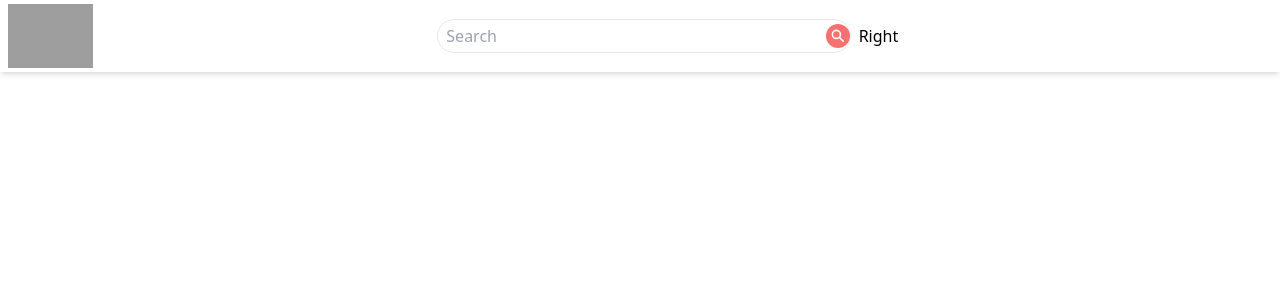
Repository: BroDudeeee/Airbnb-Clone
Page: /
The author's editor kept a copy of each file at every save. The page is drawn from the files as they stood at one save, then again after the next save.
The browser window is 1280 px wide. The pictures show the whole page.
Pictures or frames that could not be fetched are drawn as grey boxes. The project was rebuilt for these pictures with package versions that can differ from the ones it lists, and the page was loaded fresh each time. The framework's server and built-in components were replaced by stand-ins that run in the browser. Also part of the build but not shown: next.config.js.

Above is the page before, as saved 2022-06-20 19:44:37.

After the next save:
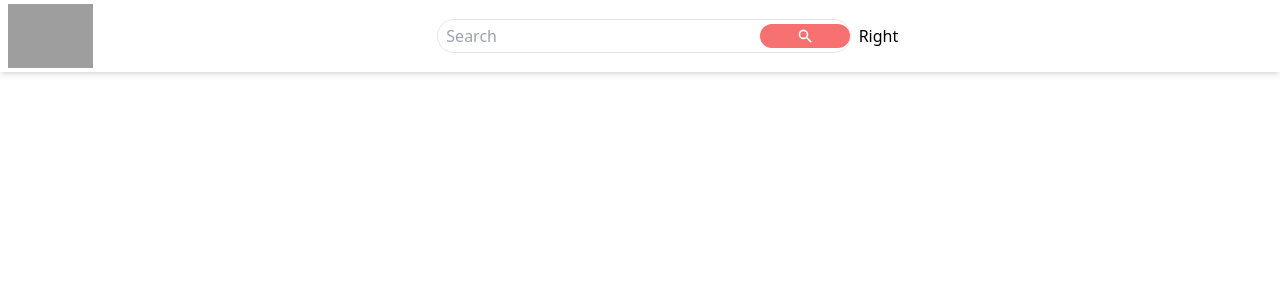
Saved 17 s later.
--- a/components/Header.js
+++ b/components/Header.js
@@ -22,7 +22,7 @@
           className='flex-grow outline-none bg-transparent px-2'
         />
         <SearchIcon
-          className='h-6 bg-red-400 text-white p-1 rounded-full hidden md:inline-flex'
+          className='h-6 bg-red-400 text-white p-1 rounded-full hidden md:inline-flex flex-grow'
         />
       </div>
 

After the save that followed:
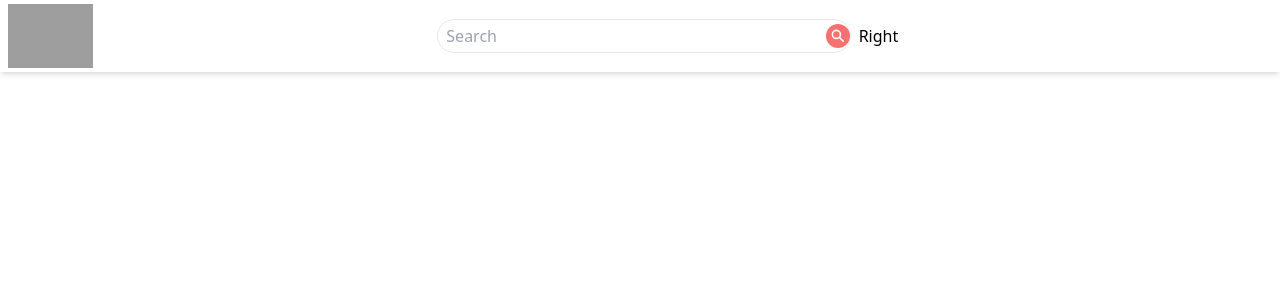
Saved 13 s later.
--- a/components/Header.js
+++ b/components/Header.js
@@ -22,7 +22,7 @@
           className='flex-grow outline-none bg-transparent px-2'
         />
         <SearchIcon
-          className='h-6 bg-red-400 text-white p-1 rounded-full hidden md:inline-flex flex-grow'
+          className='h-6 bg-red-400 text-white p-1 rounded-full hidden md:inline-flex'
         />
       </div>
 
